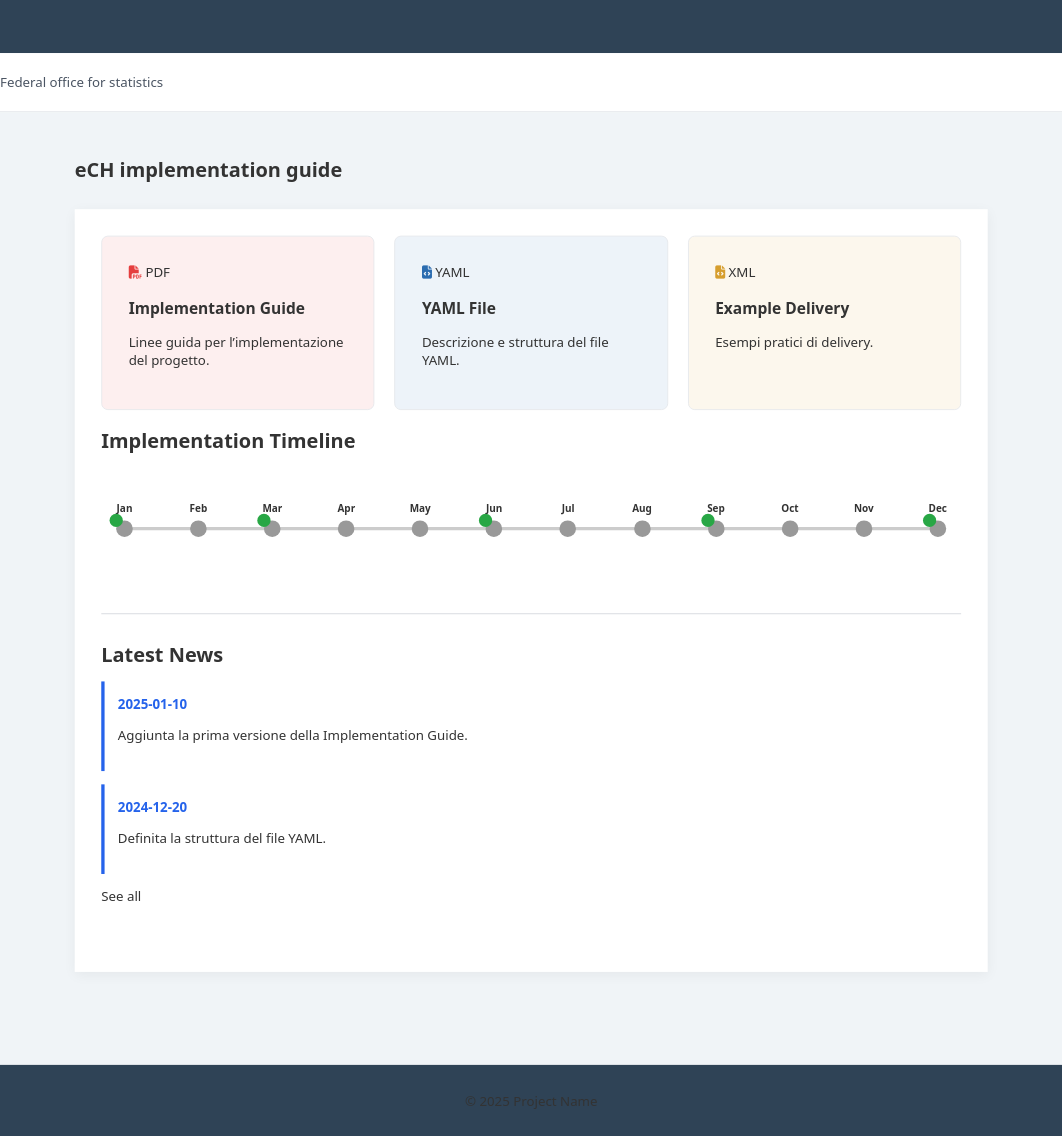
Repository: bfspoku/ech-0252-docs
Page: index.html
An editor plug-in stored every save of this project. The page is shown before and after the next save, followed by the edit.
The browser window is 1280 px wide. The pictures show the whole page, at 83% of full size.

Above is the page before, as saved 2025-12-16 17:23:51.

### index.html
<!-- LINK FOR FONTS -->
<link rel="preconnect" href="https://fonts.googleapis.com">
<link rel="preconnect" href="https://fonts.gstatic.com" crossorigin>
<link href="https://fonts.googleapis.com/css2?family=Noto+Sans:ital,wght@0,400;0,600;0,700;1,400&display=swap" rel="stylesheet">
<!-- LINK FOR SVG -->
<link rel="stylesheet" href="https://cdnjs.cloudflare.com/ajax/libs/font-awesome/6.5.0/css/all.min.css">

<!DOCTYPE html>
<html lang="it">
<head>
  <meta charset="UTF-8">
  <title>eCH implementation guide</title>
  <link rel="stylesheet" href="css/style.css">
</head>
<body>

<header>

</header>

<section class="sub-banner">
      <p>Federal office for statistics</p>
</section>


<main>
    <h2>eCH implementation guide</h2>
    <section class = "wrapper">

        <!-- CARDS -->
        <section class="cards">
            <a class="card" href="implementation-guide.html" style="background-color: #e53e3e15;">
            <i class="fas fa-file-pdf" style="color:#E53E3E;"></i> PDF
            <h3>Implementation Guide</h3>
            <p>Linee guida per l’implementazione del progetto.</p>
            </a>

            <a class="card" href="yaml-file.html" style="background-color: #2b6bb015;">
            <i class="fas fa-file-code" style="color:#2B6CB0;"></i> YAML
            <h3>YAML File</h3>
            <p>Descrizione e struttura del file YAML.</p>
            </a>

            <a class="card" href="example-delivery.html" style="background-color: #D69E2E15;">
            <i class="fas fa-file-code" style="color:#D69E2E;"></i> XML
            <h3>Example Delivery</h3>
            <p>Esempi pratici di delivery.</p>
            </a>
        </section>

        <!-- INFORMATION -->
        <section class="information">

            <h2> Implementation Timeline<h2>

                <div class="timeline-container">
                    <div class="timeline-line"></div>

                    <div class="months">
                      <div class="month-point">
                        <span class="month-label">Jan</span>
                      </div>
                      <div class="month-point">
                        <span class="month-label">Feb</span>
                      </div>
                      <div class="month-point">
                        <span class="month-label">Mar</span>
                      </div>
                      <div class="month-point">
                        <span class="month-label">Apr</span>
                      </div>
                      <div class="month-point">
                        <span class="month-label">May</span>
                      </div>
                      <div class="month-point">
                        <span class="month-label">Jun</span>
                      </div>
                      <div class="month-point">
                        <span class="month-label">Jul</span>
                      </div>
                      <div class="month-point">
                        <span class="month-label">Aug</span>
                      </div>
                      <div class="month-point">
                        <span class="month-label">Sep</span>
                      </div>
                      <div class="month-point">
                        <span class="month-label">Oct</span>
                      </div>
                      <div class="month-point">
                        <span class="month-label">Nov</span>
                      </div>
                      <div class="month-point">
                        <span class="month-label">Dec</span>
                      </div>
                    </div>
                  </div>


                  <!-- Popup -->
                  <div class="popup" id="popup"></div>

                  <script src="js/script.js"></script>

            <div class="divider"></div>

            <h2>Latest News</h2>

            <ul class="updates">
            <li>
                <span class="date">2025-01-10</span>
                <p>Aggiunta la prima versione della Implementation Guide.</p>
            </li>
            <li>
                <span class="date">2024-12-20</span>
                <p>Definita la struttura del file YAML.</p>
            </li>
            </ul>
            <p>See all</p>
        </section>

    </section>

</main>

<footer>
  <p>© 2025 Project Name</p>
</footer>

</body>
</html>

### css/style.css
body {
    font-family: 'Noto Sans', system-ui, -apple-system, BlinkMacSystemFont,
    'Segoe UI', Roboto, Ubuntu, Cantarell, 'Helvetica Neue',
    Arial, sans-serif;
    margin: 0;
    background: #f0f4f7;
    color: #333;
  }

  header {
    background: #2f4356;
    color: white;
    padding: 2rem;
  }

  /* SUB-BANNER */
  .sub-banner {
    background-color: white;   /* bianco puro */
    padding: 1.5rem 0;         /* verticale */
    border-bottom: 1px solid #e5e7eb; /* linea di separazione */
  }

  .sub-banner h2 {
    margin: 0 0 0.5rem 0;
    font-weight: 600;
    color: #111827;
  }

  .sub-banner p {
    margin: 0;
    color: #4b5563;
    font-size: 16px;
  }

  main {
    padding: 2rem;
    max-width: 1100px;
    margin: auto;
  }

  h1, h2 {
    margin-bottom: 1rem;
  }

  .divider {
    width: 100%;             /* prende tutta la larghezza della wrapper o del container */
    height: 1px;             /* spessore della linea */
    background: #d1d5db;
    margin: 2rem 0;          /* spazio sopra e sotto */
    border: none;
  }

  /* Main wrapper for all the pages */
  .wrapper {
    max-width: 1100px;      /* larghezza massima */
    margin: 2rem auto;      /* centrato orizzontalmente, margine verticale */
    padding: 2rem;          /* spazio interno */
    background-color: #ffffff;  /* bianco-beige chiaro */
    box-shadow: 0 4px 15px rgba(0,0,0,0.05); /* leggero effetto profondità */
  }

  /* INFORMATION */
  .information {
    margin-bottom: 3rem;
  }

  .updates {
    list-style: none;
    padding: 0;
  }

  .updates li {
    background: white;
    padding: 1rem;
    border-left: 4px solid #2563eb;
    margin-bottom: 1rem;
  }

  .date {
    font-weight: bold;
    color: #2563eb;
  }

  /* CARDS */
  .cards {
    display: grid;
    grid-template-columns: repeat(auto-fit, minmax(250px, 1fr));
    gap: 1.5rem;
  }

  .card {
    background: #e4e5e7;
    padding: 2rem;
    text-decoration: none;
    color: inherit;
    border: 1px solid #e5e7eb;
    border-radius: 8px;
    transition: transform 0.2s, box-shadow 0.2s;
  }

  .card:hover {
    transform: translateY(-5px);
    box-shadow: 0 10px 20px rgba(0,0,0,0.1);
  }

  footer {
    text-align: center;
    padding: 1rem;
    background: #2f4356;
    margin-top: 3rem;
  }

  /* TIMELINE */
  .timeline-container {
    position: relative;
    width: 100%;
    max-width: 1000px;
    margin: auto;
    padding: 60px 0;
  }

  .timeline-line {
    position: absolute;
    top: 50%;
    left: 0;
    width: 100%;
    height: 4px;
    background-color: #ccc;
    border-radius: 2px;
    transform: translateY(-50%);
  }

  .months {
    display: flex;
    justify-content: space-between;
    position: relative;
    z-index: 1;
  }

  .month-point {
    width: 20px;
    height: 20px;
    background-color: #999;
    border-radius: 50%;
    position: relative;
    cursor: default;
  }

  .month-point:hover {
    background-color: #666;
  }

  .month-label {
    position: absolute;
    bottom: 100%;
    left: 50%;
    transform: translateX(-50%);
    font-size: 12px;
    color: #333;
    margin-bottom: 6px;
  }

  /* Eventi dinamici */
  .event {
    position: absolute;
    width: 16px;
    height: 16px;
    background-color: #28a745; /* verde */
    border-radius: 50%;
    top: -8px; /* sopra la linea dei mesi */
    cursor: pointer;
    transform: translateX(-50%);
    z-index: 2;
  }

  .popup {
    position: absolute;
    padding: 8px 12px;
    background: white;
    border: 1px solid #ccc;
    border-radius: 5px;
    display: none;
    pointer-events: none;
    font-size: 14px;
    box-shadow: 0 4px 10px rgba(0,0,0,0.1);
  }

### js/script.js
const popup = document.getElementById('popup');
const months = document.querySelectorAll('.months .month-point');

// JSON eventi
const eventsData = [
  { "month": "Jan", "message": "This is an event in January" },
  { "month": "Mar", "message": "Event in March" },
  { "month": "Jun", "message": "Event in June" },
  { "month": "Sep", "message": "Event in September" },
  { "month": "Dec", "message": "Event in December" }
];

// Funzione per aggiungere eventi
eventsData.forEach(evt => {
  // trova il month-point corrispondente
  const monthPoint = Array.from(months).find(m => m.querySelector('.month-label').textContent === evt.month);
  if (monthPoint) {
    const eventEl = document.createElement('div');
    eventEl.classList.add('event');
    eventEl.dataset.message = evt.message;
    monthPoint.appendChild(eventEl);

    // popup
    eventEl.addEventListener('mouseenter', () => {
      popup.textContent = evt.message;
      popup.style.display = 'block';
      const rect = eventEl.getBoundingClientRect();
      popup.style.top = rect.top - 40 + window.scrollY + 'px';
      popup.style.left = rect.left + rect.width / 2 + window.scrollX + 'px';
    });
    eventEl.addEventListener('mouseleave', () => {
      popup.style.display = 'none';
    });
  }
});

After the next save:
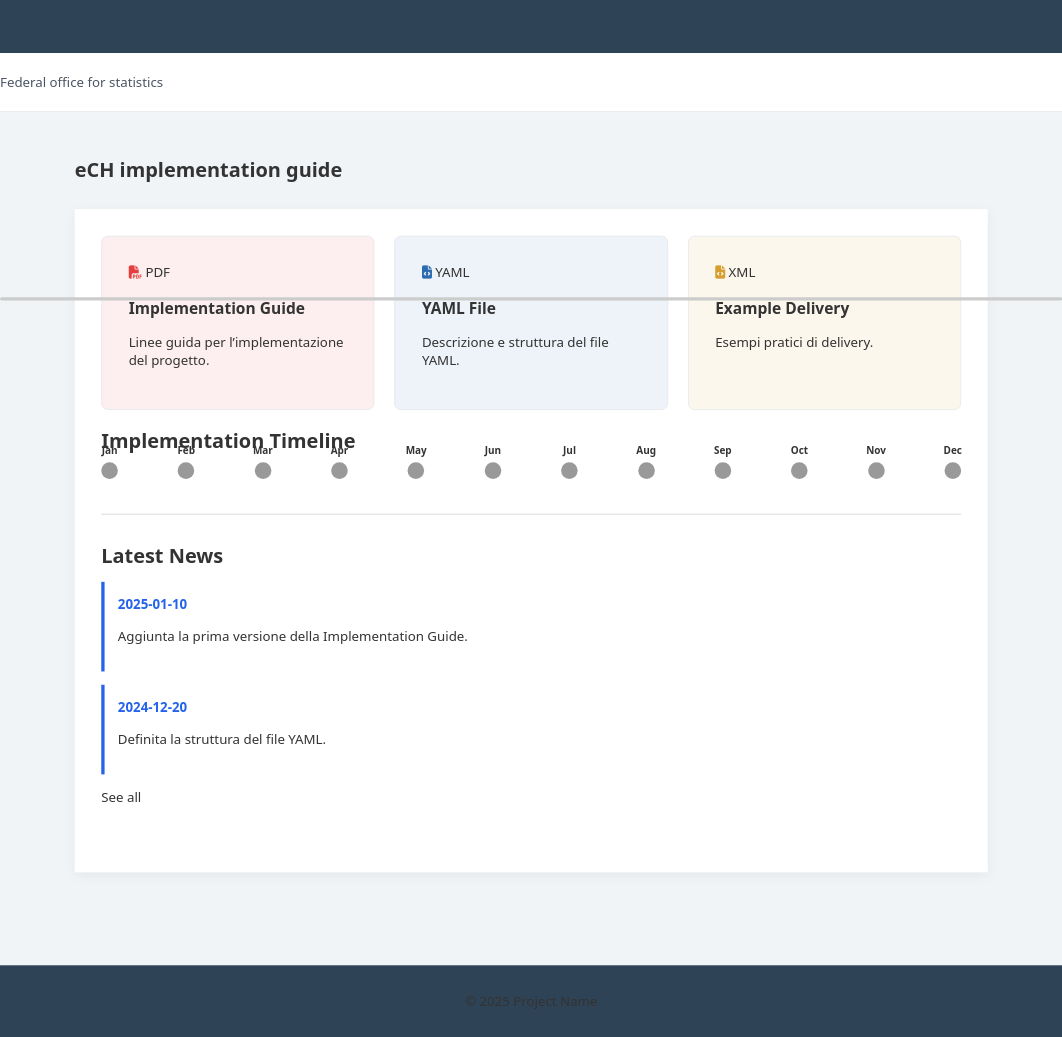
Saved 2 min 39 s later.
--- a/css/style.css
+++ b/css/style.css
@@ -111,76 +111,73 @@
   }
 
   /* TIMELINE */
-  .timeline-container {
-    position: relative;
-    width: 100%;
-    max-width: 1000px;
-    margin: auto;
-    padding: 60px 0;
-  }
+/* Linea della timeline */
+.timeline-line {
+  position: absolute;
+  top: 50%;
+  left: 0;
+  width: 100%;
+  height: 4px;
+  background-color: #ccc;
+  border-radius: 2px;
+  transform: translateY(-50%);
+  z-index: 0;
+}
 
-  .timeline-line {
-    position: absolute;
-    top: 50%;
-    left: 0;
-    width: 100%;
-    height: 4px;
-    background-color: #ccc;
-    border-radius: 2px;
-    transform: translateY(-50%);
-  }
+/* Mesi */
+.months {
+  display: flex;
+  justify-content: space-between;
+  position: relative;
+  z-index: 1;
+}
 
-  .months {
-    display: flex;
-    justify-content: space-between;
-    position: relative;
-    z-index: 1;
-  }
+.month-point {
+  width: 20px;
+  height: 20px;
+  background-color: #999;
+  border-radius: 50%;
+  position: relative;
+  cursor: default;
+  top: 50%; /* allineato alla linea */
+  transform: translateY(-50%);
+}
 
-  .month-point {
-    width: 20px;
-    height: 20px;
-    background-color: #999;
-    border-radius: 50%;
-    position: relative;
-    cursor: default;
-  }
+.month-label {
+  position: absolute;
+  bottom: 100%;
+  left: 50%;
+  transform: translateX(-50%);
+  font-size: 12px;
+  color: #333;
+  margin-bottom: 6px;
+}
 
-  .month-point:hover {
-    background-color: #666;
-  }
+/* Eventi dinamici */
+.events-container .event {
+  position: absolute;
+  width: 16px;
+  height: 16px;
+  background-color: #28a745;
+  border-radius: 50%;
+  top: 50%; /* stessa linea dei mesi */
+  transform: translateY(-50%) translateX(-50%);
+  z-index: 2;
+  cursor: pointer;
+}
 
-  .month-label {
-    position: absolute;
-    bottom: 100%;
-    left: 50%;
-    transform: translateX(-50%);
-    font-size: 12px;
-    color: #333;
-    margin-bottom: 6px;
-  }
+.events-container .event:hover {
+  background-color: #1e7e34;
+}
 
-  /* Eventi dinamici */
-  .event {
-    position: absolute;
-    width: 16px;
-    height: 16px;
-    background-color: #28a745; /* verde */
-    border-radius: 50%;
-    top: -8px; /* sopra la linea dei mesi */
-    cursor: pointer;
-    transform: translateX(-50%);
-    z-index: 2;
-  }
-
-  .popup {
-    position: absolute;
-    padding: 8px 12px;
-    background: white;
-    border: 1px solid #ccc;
-    border-radius: 5px;
-    display: none;
-    pointer-events: none;
-    font-size: 14px;
-    box-shadow: 0 4px 10px rgba(0,0,0,0.1);
-  }
+.popup {
+  position: absolute;
+  padding: 8px 12px;
+  background: white;
+  border: 1px solid #ccc;
+  border-radius: 5px;
+  display: none;
+  pointer-events: none;
+  font-size: 14px;
+  box-shadow: 0 4px 10px rgba(0,0,0,0.1);
+}

After the 3 saves that followed:
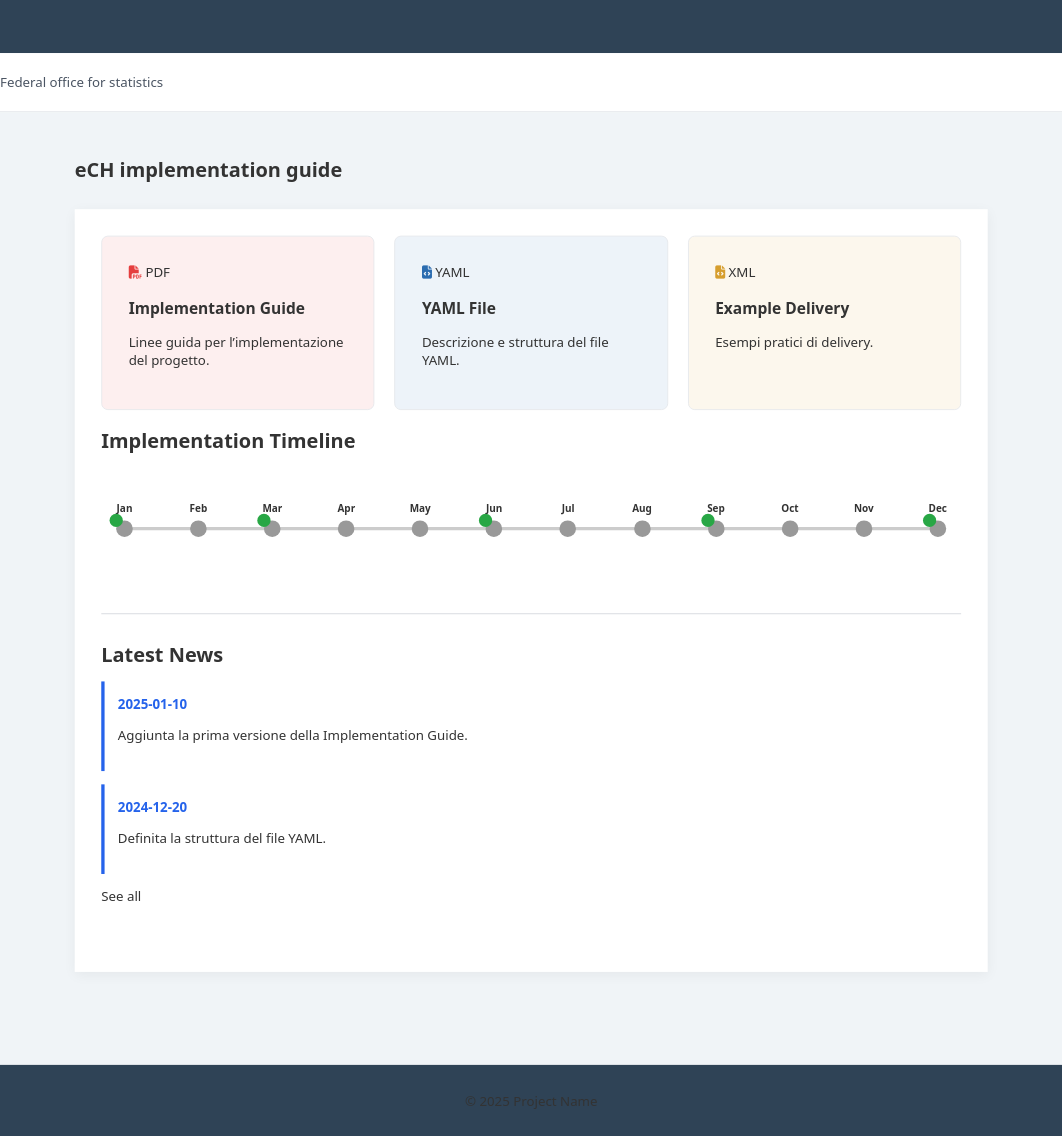
The 3 saves are shown as one change because 2 left the picture as it was.
The last was saved 27 s later.
--- a/css/style.css
+++ b/css/style.css
@@ -111,73 +111,76 @@
   }
 
   /* TIMELINE */
-/* Linea della timeline */
-.timeline-line {
-  position: absolute;
-  top: 50%;
-  left: 0;
-  width: 100%;
-  height: 4px;
-  background-color: #ccc;
-  border-radius: 2px;
-  transform: translateY(-50%);
-  z-index: 0;
-}
+  .timeline-container {
+    position: relative;
+    width: 100%;
+    max-width: 1000px;
+    margin: auto;
+    padding: 60px 0;
+  }
 
-/* Mesi */
-.months {
-  display: flex;
-  justify-content: space-between;
-  position: relative;
-  z-index: 1;
-}
+  .timeline-line {
+    position: absolute;
+    top: 50%;
+    left: 0;
+    width: 100%;
+    height: 4px;
+    background-color: #ccc;
+    border-radius: 2px;
+    transform: translateY(-50%);
+  }
 
-.month-point {
-  width: 20px;
-  height: 20px;
-  background-color: #999;
-  border-radius: 50%;
-  position: relative;
-  cursor: default;
-  top: 50%; /* allineato alla linea */
-  transform: translateY(-50%);
-}
+  .months {
+    display: flex;
+    justify-content: space-between;
+    position: relative;
+    z-index: 1;
+  }
 
-.month-label {
-  position: absolute;
-  bottom: 100%;
-  left: 50%;
-  transform: translateX(-50%);
-  font-size: 12px;
-  color: #333;
-  margin-bottom: 6px;
-}
+  .month-point {
+    width: 20px;
+    height: 20px;
+    background-color: #999;
+    border-radius: 50%;
+    position: relative;
+    cursor: default;
+  }
 
-/* Eventi dinamici */
-.events-container .event {
-  position: absolute;
-  width: 16px;
-  height: 16px;
-  background-color: #28a745;
-  border-radius: 50%;
-  top: 50%; /* stessa linea dei mesi */
-  transform: translateY(-50%) translateX(-50%);
-  z-index: 2;
-  cursor: pointer;
-}
+  .month-point:hover {
+    background-color: #666;
+  }
 
-.events-container .event:hover {
-  background-color: #1e7e34;
-}
+  .month-label {
+    position: absolute;
+    bottom: 100%;
+    left: 50%;
+    transform: translateX(-50%);
+    font-size: 12px;
+    color: #333;
+    margin-bottom: 6px;
+  }
 
-.popup {
-  position: absolute;
-  padding: 8px 12px;
-  background: white;
-  border: 1px solid #ccc;
-  border-radius: 5px;
-  display: none;
-  pointer-events: none;
-  font-size: 14px;
-  box-shadow: 0 4px 10px rgba(0,0,0,0.1);
-}
+  /* Eventi dinamici */
+  .event {
+    position: absolute;
+    width: 16px;
+    height: 16px;
+    background-color: #28a745; /* verde */
+    border-radius: 50%;
+    top: -8px; /* sopra la linea dei mesi */
+    cursor: pointer;
+    transform: translateX(-50%);
+    z-index: 2;
+  }
+
+  .popup {
+    position: absolute;
+    padding: 8px 12px;
+    background: white;
+    border: 1px solid #ccc;
+    border-radius: 5px;
+    display: none;
+    pointer-events: none;
+    font-size: 14px;
+    box-shadow: 0 4px 10px rgba(0,0,0,0.1);
+  }
